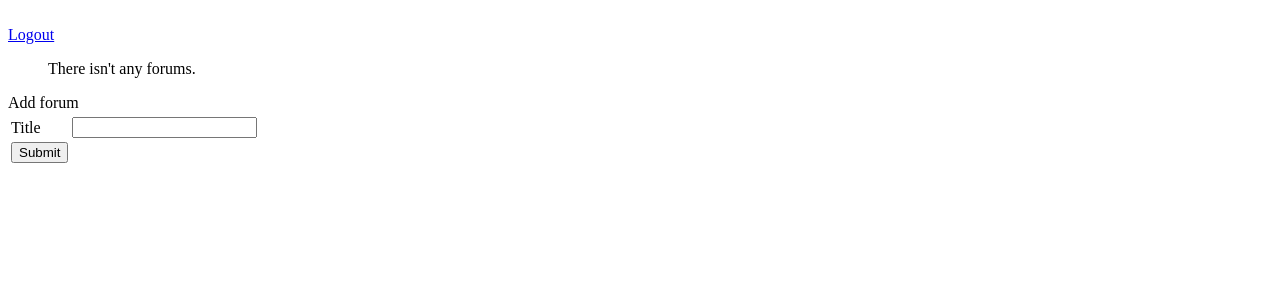
Repository: TeodorZlatev/Homework
Page: http://localhost/Web/forum.jsp
The author's editor kept a copy of each file at every save. The page is drawn from the files as they stood at one save, then again after the next save.
The browser window is 1280 px wide. The pictures show the whole page.
The page is served by Tomcat 9. Other server files are loaded and not shown. Queries for data that is not in the repository find no rows.

Above is the page before, as saved 2016-04-25 14:32:43.

### HomeworkWeb/Web/WebContent/forum.jsp
<%@page import="entities.DBManager"%>
<%@ page import="java.util.List"%>
<%@ page import="entities.Forum"%>
<%@ page language="java" contentType="text/html; charset=ISO-8859-1"
	pageEncoding="ISO-8859-1"%>
<!DOCTYPE html PUBLIC "-//W3C//DTD HTML 4.01 Transitional//EN" "http://www.w3.org/TR/html4/loose.dtd">
<html>
<head>
<meta http-equiv="Content-Type" content="text/html; charset=ISO-8859-1">
<title>FORUM</title>
</head>
<body>
	<br />
	<a href="Logout">Logout</a>
	<br />
	<ul style="list-style-type: square">
		<%
			List<Forum> list = DBManager.getAllForums();
			if (list.size() == 0) {
				out.println("There isn't any forums.");
			}
			for (int i = 0; i < list.size(); i++) {
		%>
		<li>
			<%
				out.println(list.get(i).getTitle());
				}
			%>
		</li>
	</ul>
	<form action="addForum" method="post">
		<table>
			<tr>Add forum
			</tr>
			<tr>
				<td>Title</td>
				<td><input type="text" name="title" /></td>
			</tr>

			<tr>
				<td><input type="submit" value="Submit" /></td>
			</tr>
		</table>
	</form>
</body>
</html>

### HomeworkWeb/Web/src/entities/DBManager.java
package entities;

import java.sql.Connection;
import java.sql.DriverManager;
import java.sql.PreparedStatement;
import java.sql.ResultSet;
import java.sql.SQLException;
import java.sql.Timestamp;
import java.util.LinkedList;
import java.util.List;

public class DBManager {
	private final static String DB_USERNAME = "root";
	private final static String DB_PASSWORD = "841952";
	private final static String DB_URI = "jdbc:mysql://localhost:3306/forums";
	private final static String DB_DRIVER = "com.mysql.jdbc.Driver";
	private static Connection connection = null;

	public static void open() throws SQLException, ClassNotFoundException {
		Class.forName(DB_DRIVER);
		if (connection != null) {
			close();
		}
		connection = DriverManager.getConnection(DB_URI, DB_USERNAME, DB_PASSWORD);
	}

	public static void close() throws SQLException {
		if (connection != null) {
			connection.close();
		}
		connection = null;
	}

	public static boolean validateUser(String username, String password) throws ClassNotFoundException, SQLException {
		boolean status = false;
		open();
		PreparedStatement ps = connection.prepareStatement("select * from users where username=? and password=?");
		ps.setString(1, username);
		ps.setString(2, password);
		ResultSet rs = ps.executeQuery();
		status = rs.next();
		rs.close();
		ps.close();
		close();
		return status;
	}

	public static int getUserId(String username, String password) throws SQLException, ClassNotFoundException {
		open();
		PreparedStatement ps = connection.prepareStatement("select id from users where username=? and password=?");
		ps.setString(1, username);
		ps.setString(2, password);
		ResultSet rs = ps.executeQuery();
		int userId = 0;
		if (rs.next()) {
			userId = rs.getInt("id");
		}
		rs.close();
		ps.close();
		close();
		return userId;
	}

	public static void insertUser(User user) throws ClassNotFoundException, SQLException {
		open();
		String insert = "INSERT INTO users (username, password, names, email, gender, age, date_registered, current_status, registered_status) VALUES (?,?,?,?,?,?,?,'online','new');";
		PreparedStatement ps = connection.prepareStatement(insert);
		ps.setString(1, user.getUserName());
		ps.setString(2, user.getPassword());
		ps.setString(3, user.getNames());
		ps.setString(4, user.getEmail());
		ps.setString(5, user.getGender());
		ps.setString(6, user.getAge());
		ps.setTimestamp(7, new Timestamp(System.currentTimeMillis()));
		ps.executeUpdate();
		close();
	}

	public static void insertForum(Forum forum) throws ClassNotFoundException, SQLException {
		open();
		String insert = "INSERT INTO forums (title,date_created) VALUES (?,?);";
		PreparedStatement ps = connection.prepareStatement(insert);
		ps.setString(1, forum.getTitle());
		ps.setTimestamp(2, new Timestamp(System.currentTimeMillis()));
		ps.executeUpdate();
		close();
	}

	public static List<Forum> getAllForums() throws ClassNotFoundException, SQLException {
		open();
		List<Forum> list = new LinkedList<>();
		String select = "SELECT * FROM forums";
		PreparedStatement ps = connection.prepareStatement(select);
		ResultSet rs = ps.executeQuery();
		while (rs.next()) {
			Forum forum = new Forum(rs.getInt(1), rs.getString(2), rs.getDate(3));
			list.add(forum);
		}
		close();
		return list;
	}

	public static List<Forum> getForumById(int id) throws SQLException, ClassNotFoundException {
		open();
		List<Forum> list = new LinkedList<>();
		String get = "select * from forums where id = " + id;
		PreparedStatement ps = connection.prepareStatement(get);
		ResultSet rs = ps.executeQuery();
		while (rs.next()) {
			Forum forum = new Forum(rs.getInt("id"), rs.getString("title"), rs.getTimestamp("date_created"));
			list.add(forum);
		}
		close();
		return list;
	}

	public static void insertTopic(Topic topic, int forum_id, int user_id) throws ClassNotFoundException, SQLException {
		open();
		String insert = "INSERT INTO topics (title,date_created,forum_id,user_id) VALUES (?,NOW(),?,?);";
		PreparedStatement ps = connection.prepareStatement(insert);
		ps.setString(1, topic.getTitle());
		ps.setInt(2, forum_id);
		ps.setInt(3, user_id);
		ps.executeUpdate();
		close();
	}

	public static List<Topic> getAllTopics(int id) throws ClassNotFoundException, SQLException {
		open();
		List<Topic> list = new LinkedList<>();
		String select = "SELECT * FROM topics WHERE forum_id=" + id;
		PreparedStatement ps = connection.prepareStatement(select);
		ResultSet rs = ps.executeQuery();
		while (rs.next()) {
			Topic topic = new Topic(rs.getInt("id"), rs.getString("title"), rs.getTimestamp("date_created"),
					rs.getTimestamp("date_modified"), rs.getInt("forum_id"), rs.getInt("user_id"));
			list.add(topic);
		}
		close();
		return list;
	}

	// public static List<Topic> getTopicByForumId(int id) throws SQLException,
	// ClassNotFoundException {
	// open();
	// List<Topic> list = new LinkedList<>();
	// String get = "select * from topics where id = " + id;
	// PreparedStatement ps = connection.prepareStatement(get);
	// ResultSet rs = ps.executeQuery();
	// while (rs.next()) {
	// Topic topic = new Topic(rs.getInt(1), rs.getString(2), rs.getDate(3),
	// rs.getDate(4), rs.getInt(5),
	// rs.getInt(6));
	// list.add(topic);
	// }
	// close();
	// return list;
	// }

	public static void insertReply(Reply reply, int topicId) throws ClassNotFoundException, SQLException {
		open();
		String insert = "INSERT INTO replies (message,date_created,topic_id,user_id) VALUES (?,NOW(),?,?);";
		PreparedStatement ps = connection.prepareStatement(insert);
		ps.setString(1, reply.getMessage());
		ps.setInt(2, topicId);
		ps.setInt(3, 2);
		ps.executeUpdate();
		close();
	}

	public static List<Reply> getAllReplies(int topicId) throws ClassNotFoundException, SQLException {
		open();
		List<Reply> list = new LinkedList<>();
		String select = "SELECT * FROM replies WHERE topic_id=" + topicId;
		PreparedStatement ps = connection.prepareStatement(select);
		ResultSet rs = ps.executeQuery();
		while (rs.next()) {
			Reply reply = new Reply(rs.getString("message"), rs.getTimestamp("date_created"), rs.getInt("topic_id"),
					rs.getInt("user_id"));
			list.add(reply);
		}
		close();
		return list;
	}

	// public static User getUserById(int userId) throws SQLException,
	// ClassNotFoundException {
	// open();
	// User user = null;
	// String query = "select id,username,password,names,email,gender,age from
	// users where id = " + userId;
	// PreparedStatement ps = connection.prepareStatement(query);
	// ResultSet rs = ps.executeQuery();
	// if (rs.next()) {
	// String userName = rs.getString("username");
	// String password = rs.getString("password");
	// String names = rs.getString("names");
	// String email = rs.getString("email");
	// String gender = rs.getString("gender");
	// String age = rs.getString("age");
	// user = new User(userName, password, names, gender, email, age);
	// }
	// close();
	// return user;
	// }

	// public void editUser(int id, String userName, String password, String
	// names, String gender, String email, String age)
	// throws ClassNotFoundException, SQLException {
	// open();
	// String query = "update users SET username = ?, password = ?, names = ?,
	// gender = ?, email = ?"
	// + " where id = ?";
	// PreparedStatement ps = connection.prepareStatement(query);
	// ps.setString(1, userName);
	// ps.setString(2, password);
	// ps.setString(3, names);
	// ps.setString(4, gender);
	// ps.setString(5, email);
	// ps.setInt(6, id);
	// ps.executeUpdate();
	// close();
	// }
}

After the next save:
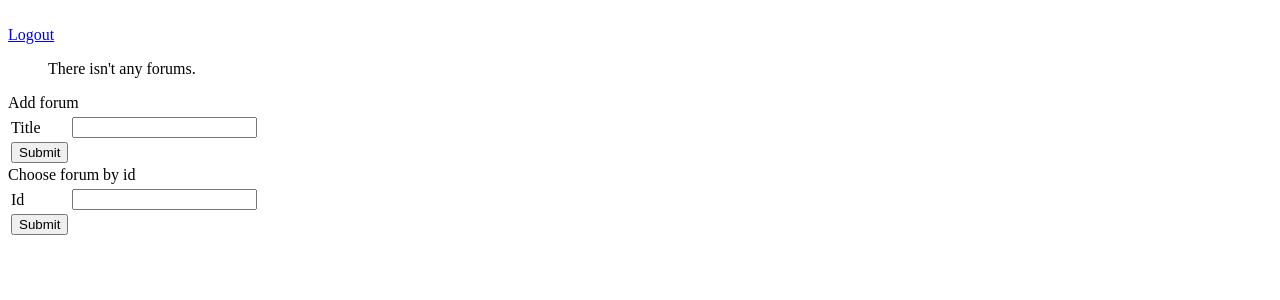
Saved 21 min 31 s later.
--- a/HomeworkWeb/Web/WebContent/forum.jsp
+++ b/HomeworkWeb/Web/WebContent/forum.jsp
@@ -42,5 +42,19 @@
 			</tr>
 		</table>
 	</form>
+	<form action="addForum" method="post">
+		<table>
+			<tr>Choose forum by id
+			</tr>
+			<tr>
+				<td>Id</td>
+				<td><input type="text" name="forumId" /></td>
+			</tr>
+
+			<tr>
+				<td><input type="submit" value="Submit" /></td>
+			</tr>
+		</table>
+	</form>
 </body>
 </html>
